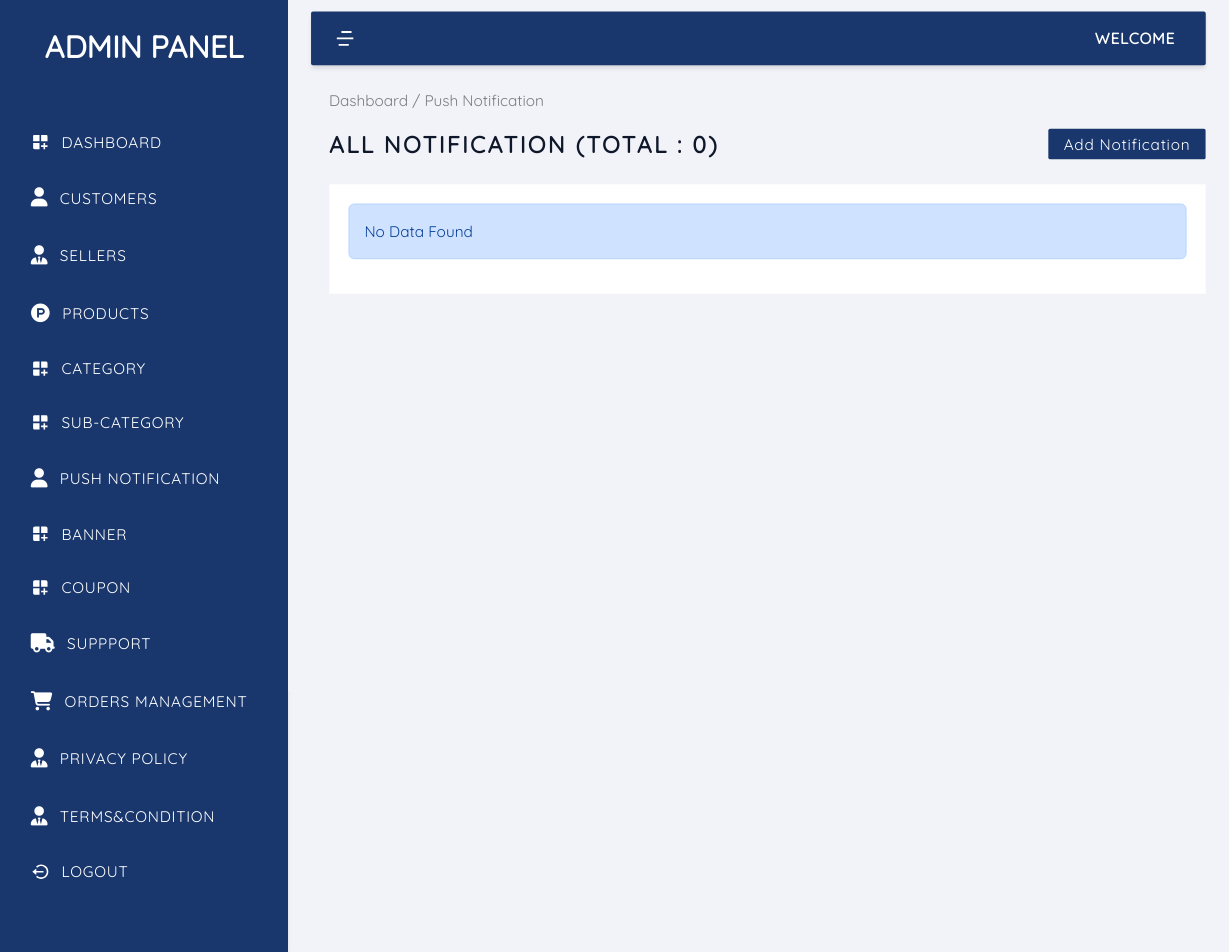
Repository: shishpal2000/admin.aschpro
Page: /pushNotification
An editor plug-in stored every save of this project. The page is shown before and after a run of saves, followed by the edit.
The browser window is 1280 px wide. The pictures show the whole page, at 96% of full size.
Pictures or frames that could not be fetched are drawn as grey boxes. Some web libraries are served in a nearby version. The project was rebuilt for these pictures with package versions that can differ from the ones it lists, and the page was loaded fresh each time. Also part of the build but not shown: src/E-CommerceAdmin/forms/Login.jsx, src/E-CommerceAdmin/pages/Dashboard.jsx, src/E-CommerceAdmin/pages/ECategory.js, src/E-CommerceAdmin/pages/EProduct.js, src/E-CommerceAdmin/pages/EVendorList.js, src/E-CommerceAdmin/pages/EAdminOrders.js, src/E-CommerceAdmin/pages/EAdminDelivery.js, src/E-CommerceAdmin/pages/EAdminCustomer.js and 6 more. Imported but missing from the stored project, and not drawn on this page: src/E-CommerceAdmin/pages/Complaints, src/E-CommerceAdmin/pages/Component/SpinnerComp, src/E-CommerceAdmin/pages/EAdmin, src/E-CommerceAdmin/pages/EAdminProduct, src/E-CommerceAdmin/pages/ESingleProduct, src/E-CommerceAdmin/pages/GetMeThis, src/E-CommerceAdmin/pages/HelpSupport.

Above is the page before, as saved 2023-06-28 16:56:53.

After the next 2 saves:
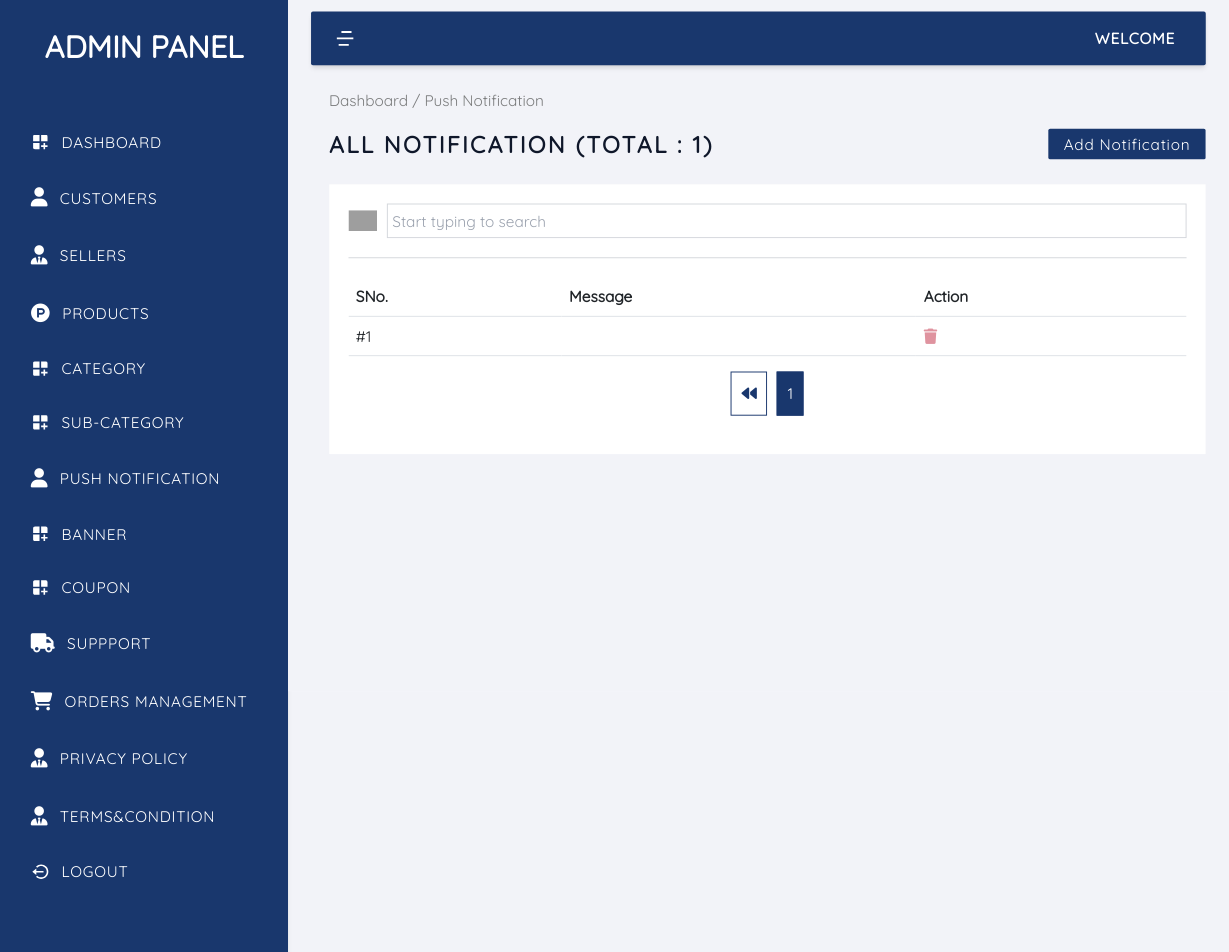
The 2 saves are shown as one change because they came seconds apart.
The last was saved 14 s later.
--- a/src/E-CommerceAdmin/pages/PushNotification.js
+++ b/src/E-CommerceAdmin/pages/PushNotification.js
@@ -15,7 +15,11 @@ import HOC from "../layout/HOC";
 
 const PushNotification = () => {
   const [modalShow, setModalShow] = React.useState(false);
-  const [data, setData] = useState([]);
+  const data = [
+    {
+      name : ""
+    }
+  ]
 
   // Pagination and Filter
   const [query, setQuery] = useState("");
